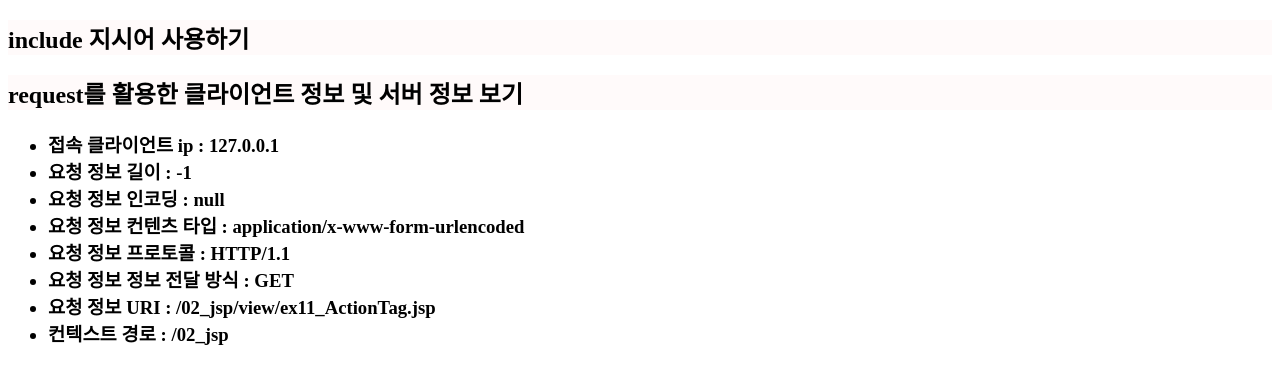
Repository: wjsjsn/23_jspstudy
Page: http://localhost/02_jsp/view/ex11_ActionTag.jsp
These files come from the project's save history. The page is drawn as it stood at one moment and after the next save; the edit follows.
The browser window is 1280 px wide. The pictures show the whole page.
The page is served by Tomcat 9.

Above is the page before, as saved 2023-07-05 06:06:31.

After the next save:
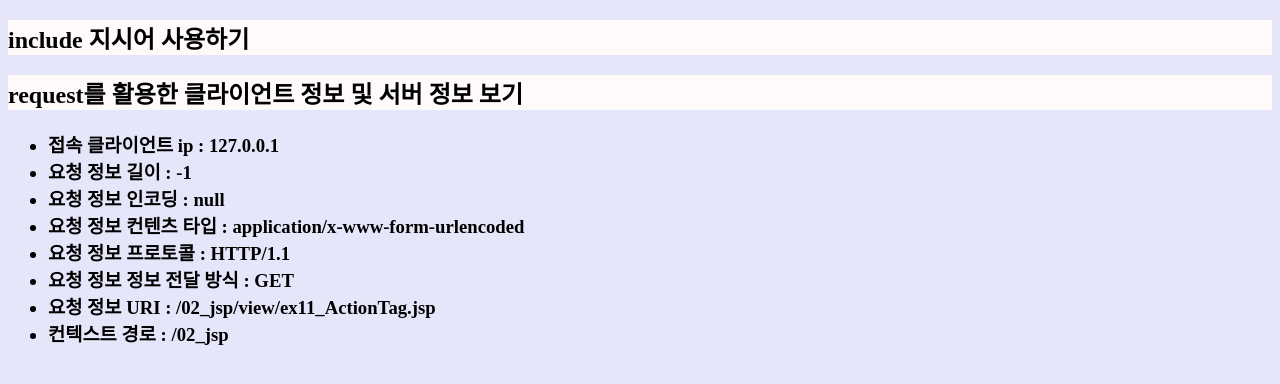
Saved 47 s later.
--- a/02_jsp/src/main/webapp/view/ex11_ActionTag.jsp
+++ b/02_jsp/src/main/webapp/view/ex11_ActionTag.jsp
@@ -6,6 +6,9 @@
 <meta charset="UTF-8">
 <title>액션 태그 : include, forward</title>
 <style type="text/css">
+body{
+	background-color: lavender;
+}
 	h2{
 		background-color: snow;
 	}
